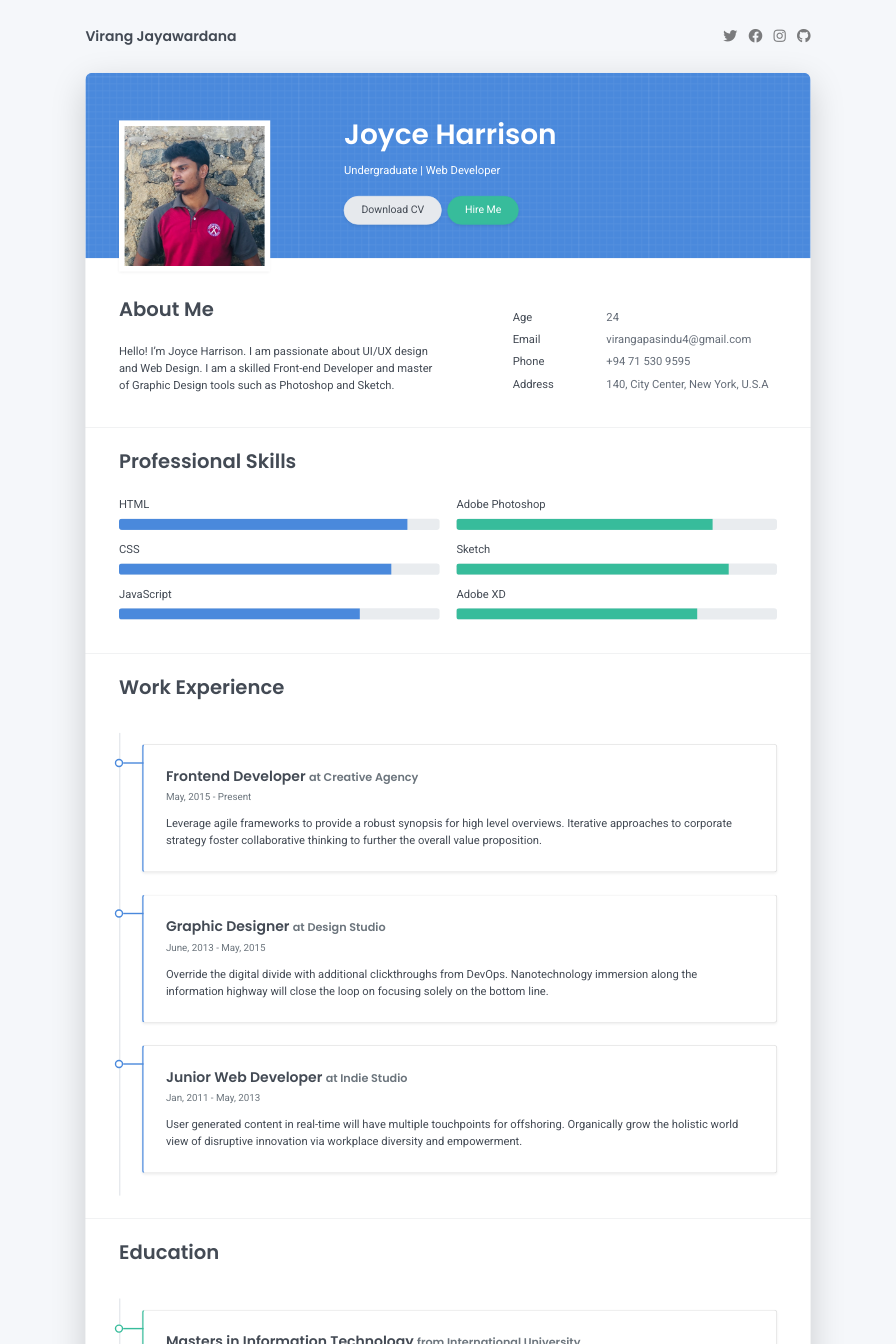
Repository: virangaj/resume
Page: index.html
An editor plug-in stored every save of this project. The page is shown before and after the next save, followed by the edit.
The browser window is 1280 px wide. The pictures show the part of the page from y = 0 to 1920 px (the page is 3310 px tall before and 3324 px after), at 70% of full size.

Above is the page before, as saved 2021-08-31 19:19:07.

### index.html
<!DOCTYPE html>
<html lang="en-US">
	<head>
		<meta charset="UTF-8" />
		<meta http-equiv="X-UA-Compatible" content="IE=edge" />
		<meta name="viewport" content="width=device-width, initial-scale=1" />
		<title>Virang Jayawardana</title>
		<link
			rel="preconnect"
			href="https://fonts.gstatic.com"
			crossorigin="crossorigin"
		/>
		<link
			rel="preload"
			as="style"
			href="https://fonts.googleapis.com/css2?family=Poppins:wght@600&amp;family=Roboto:wght@300;400;500;700&amp;display=swap"
		/>
		<link
			rel="stylesheet"
			href="https://fonts.googleapis.com/css2?family=Poppins:wght@600&amp;family=Roboto:wght@300;400;500;700&amp;display=swap"
			media="print"
			onload="this.media='all'"
		/>
		<noscript>
			<link
				rel="stylesheet"
				href="https://fonts.googleapis.com/css2?family=Poppins:wght@600&amp;family=Roboto:wght@300;400;500;700&amp;display=swap"
			/>
		</noscript>
		<link href="css/font-awesome/css/all.min.css?ver=1.2.0" rel="stylesheet" />
		<link href="css/bootstrap.min.css?ver=1.2.0" rel="stylesheet" />
		<link href="css/aos.css?ver=1.2.0" rel="stylesheet" />
		<link href="css/main.css?ver=1.2.0" rel="stylesheet" />
		<noscript>
			<style type="text/css">
				[data-aos] {
					opacity: 1 !important;
					transform: translate(0) scale(1) !important;
				}
			</style>
		</noscript>
	</head>
	<body id="top">
		<header class="d-print-none">
			<div class="container text-center text-lg-left">
				<div class="py-3 clearfix">
					<h1 class="site-title mb-0">Virang Jayawardana</h1>
					<div class="site-nav">
						<nav role="navigation">
							<ul class="nav justify-content-center">
								<li class="nav-item">
									<a
										class="nav-link"
										href="https://twitter.com/VirangaPasi"
										title="Twitter"
										><i class="fab fa-twitter"></i
										><span class="menu-title sr-only">Twitter</span></a
									>
								</li>
								<li class="nav-item">
									<a
										class="nav-link"
										href="https://www.facebook.com/virangapasindu.jayawardana/"
										title="Facebook"
										><i class="fab fa-facebook"></i
										><span class="menu-title sr-only">Facebook</span></a
									>
								</li>
								<li class="nav-item">
									<a
										class="nav-link"
										href="https://www.instagram.com/pasiya_k9/"
										title="Instagram"
										><i class="fab fa-instagram"></i
										><span class="menu-title sr-only">Instagram</span></a
									>
								</li>
								<li class="nav-item">
									<a
										class="nav-link"
										href="https://github.com/Viranga-pasi"
										title="Github"
										><i class="fab fa-github"></i
										><span class="menu-title sr-only">Github</span></a
									>
								</li>
							</ul>
						</nav>
					</div>
				</div>
			</div>
		</header>
		<div class="page-content">
			<div class="container">
				<div class="cover shadow-lg bg-white">
					<div class="cover-bg p-3 p-lg-4 text-white">
						<div class="row">
							<div class="col-lg-4 col-md-5">
								<div class="avatar hover-effect bg-white shadow-sm p-1">
									<img src="images/avatar.jpg" width="200" height="200" />
								</div>
							</div>
							<div class="col-lg-8 col-md-7 text-center text-md-start">
								<h2 class="h1 mt-2" data-aos="fade-left" data-aos-delay="0">
									Joyce Harrison
								</h2>
								<p data-aos="fade-left" data-aos-delay="100">
									Undergraduate | Web Developer
								</p>
								<div
									class="d-print-none"
									data-aos="fade-left"
									data-aos-delay="200"
								>
									<a
										class="btn btn-light text-dark shadow-sm mt-1 me-1"
										href="right-resume.pdf"
										target="_blank"
										>Download CV</a
									><a class="btn btn-success shadow-sm mt-1" href="#contact"
										>Hire Me</a
									>
								</div>
							</div>
						</div>
					</div>
					<div class="about-section pt-4 px-3 px-lg-4 mt-1">
						<div class="row">
							<div class="col-md-6">
								<h2 class="h3 mb-3">About Me</h2>
								<p>
									Hello! I’m Joyce Harrison. I am passionate about UI/UX design
									and Web Design. I am a skilled Front-end Developer and master
									of Graphic Design tools such as Photoshop and Sketch.
								</p>
							</div>
							<div class="col-md-5 offset-md-1">
								<div class="row mt-2">
									<div class="col-sm-4">
										<div class="pb-1">Age</div>
									</div>
									<div class="col-sm-8">
										<div class="pb-1 text-secondary">24</div>
									</div>
									<div class="col-sm-4">
										<div class="pb-1">Email</div>
									</div>
									<div class="col-sm-8">
										<div class="pb-1 text-secondary">
											virangapasindu4@gmail.com
										</div>
									</div>
									<div class="col-sm-4">
										<div class="pb-1">Phone</div>
									</div>
									<div class="col-sm-8">
										<div class="pb-1 text-secondary">+94 71 530 9595</div>
									</div>
									<div class="col-sm-4">
										<div class="pb-1">Address</div>
									</div>
									<div class="col-sm-8">
										<div class="pb-1 text-secondary">
											140, City Center, New York, U.S.A
										</div>
									</div>
								</div>
							</div>
						</div>
					</div>
					<hr class="d-print-none" />
					<div class="skills-section px-3 px-lg-4">
						<h2 class="h3 mb-3">Professional Skills</h2>
						<div class="row">
							<div class="col-md-6">
								<div class="mb-2">
									<span>HTML</span>
									<div class="progress my-1">
										<div
											class="progress-bar bg-primary"
											role="progressbar"
											data-aos="zoom-in-right"
											data-aos-delay="100"
											data-aos-anchor=".skills-section"
											style="width: 90%"
											aria-valuenow="90"
											aria-valuemin="0"
											aria-valuemax="100"
										></div>
									</div>
								</div>
								<div class="mb-2">
									<span>CSS</span>
									<div class="progress my-1">
										<div
											class="progress-bar bg-primary"
											role="progressbar"
											data-aos="zoom-in-right"
											data-aos-delay="200"
											data-aos-anchor=".skills-section"
											style="width: 85%"
											aria-valuenow="85"
											aria-valuemin="0"
											aria-valuemax="100"
										></div>
									</div>
								</div>
								<div class="mb-2">
									<span>JavaScript</span>
									<div class="progress my-1">
										<div
											class="progress-bar bg-primary"
											role="progressbar"
											data-aos="zoom-in-right"
											data-aos-delay="300"
											data-aos-anchor=".skills-section"
											style="width: 75%"
											aria-valuenow="75"
											aria-valuemin="0"
											aria-valuemax="100"
										></div>
									</div>
								</div>
							</div>
							<div class="col-md-6">
								<div class="mb-2">
									<span>Adobe Photoshop</span>
									<div class="progress my-1">
										<div
											class="progress-bar bg-success"
											role="progressbar"
											data-aos="zoom-in-right"
											data-aos-delay="400"
											data-aos-anchor=".skills-section"
											style="width: 80%"
											aria-valuenow="90"
											aria-valuemin="0"
											aria-valuemax="100"
										></div>
									</div>
								</div>
								<div class="mb-2">
									<span>Sketch</span>
									<div class="progress my-1">
										<div
											class="progress-bar bg-success"
											role="progressbar"
											data-aos="zoom-in-right"
											data-aos-delay="500"
											data-aos-anchor=".skills-section"
											style="width: 85%"
											aria-valuenow="85"
											aria-valuemin="0"
											aria-valuemax="100"
										></div>
									</div>
								</div>
								<div class="mb-2">
									<span>Adobe XD</span>
									<div class="progress my-1">
										<div
											class="progress-bar bg-success"
											role="progressbar"
											data-aos="zoom-in-right"
											data-aos-delay="600"
											data-aos-anchor=".skills-section"
											style="width: 75%"
											aria-valuenow="75"
											aria-valuemin="0"
											aria-valuemax="100"
										></div>
									</div>
								</div>
							</div>
						</div>
					</div>
					<hr class="d-print-none" />
					<div class="work-experience-section px-3 px-lg-4">
						<h2 class="h3 mb-4">Work Experience</h2>
						<div class="timeline">
							<div class="timeline-card timeline-card-primary card shadow-sm">
								<div class="card-body">
									<div class="h5 mb-1">
										Frontend Developer
										<span class="text-muted h6">at Creative Agency</span>
									</div>
									<div class="text-muted text-small mb-2">
										May, 2015 - Present
									</div>
									<div>
										Leverage agile frameworks to provide a robust synopsis for
										high level overviews. Iterative approaches to corporate
										strategy foster collaborative thinking to further the
										overall value proposition.
									</div>
								</div>
							</div>
							<div class="timeline-card timeline-card-primary card shadow-sm">
								<div class="card-body">
									<div class="h5 mb-1">
										Graphic Designer
										<span class="text-muted h6">at Design Studio</span>
									</div>
									<div class="text-muted text-small mb-2">
										June, 2013 - May, 2015
									</div>
									<div>
										Override the digital divide with additional clickthroughs
										from DevOps. Nanotechnology immersion along the information
										highway will close the loop on focusing solely on the bottom
										line.
									</div>
								</div>
							</div>
							<div class="timeline-card timeline-card-primary card shadow-sm">
								<div class="card-body">
									<div class="h5 mb-1">
										Junior Web Developer
										<span class="text-muted h6">at Indie Studio</span>
									</div>
									<div class="text-muted text-small mb-2">
										Jan, 2011 - May, 2013
									</div>
									<div>
										User generated content in real-time will have multiple
										touchpoints for offshoring. Organically grow the holistic
										world view of disruptive innovation via workplace diversity
										and empowerment.
									</div>
								</div>
							</div>
						</div>
					</div>
					<hr class="d-print-none" />
					<div class="page-break"></div>
					<div class="education-section px-3 px-lg-4 pb-4">
						<h2 class="h3 mb-4">Education</h2>
						<div class="timeline">
							<div class="timeline-card timeline-card-success card shadow-sm">
								<div class="card-body">
									<div class="h5 mb-1">
										Masters in Information Technology
										<span class="text-muted h6"
											>from International University</span
										>
									</div>
									<div class="text-muted text-small mb-2">2011 - 2013</div>
									<div>
										Leverage agile frameworks to provide a robust synopsis for
										high level overviews. Iterative approaches to corporate
										strategy foster collaborative thinking to further the
										overall value proposition.
									</div>
								</div>
							</div>
							<div class="timeline-card timeline-card-success card shadow-sm">
								<div class="card-body">
									<div class="h5 mb-1">
										Bachelor of Computer Science
										<span class="text-muted h6">from Regional College</span>
									</div>
									<div class="text-muted text-small mb-2">2007 - 2011</div>
									<div>
										Override the digital divide with additional clickthroughs
										from DevOps. Nanotechnology immersion along the information
										highway will close the loop on focusing solely on the bottom
										line.
									</div>
								</div>
							</div>
							<div class="timeline-card timeline-card-success card shadow-sm">
								<div class="card-body">
									<div class="h5 mb-1">
										Science and Mathematics
										<span class="text-muted h6">from Mt. High Scool</span>
									</div>
									<div class="text-muted text-small mb-2">1995 - 2007</div>
									<div>
										User generated content in real-time will have multiple
										touchpoints for offshoring. Organically grow the holistic
										world view of disruptive innovation via workplace diversity
										and empowerment.
									</div>
								</div>
							</div>
						</div>
					</div>
					<hr class="d-print-none" />
					<div class="contant-section px-3 px-lg-4 pb-4" id="contact">
						<h2 class="h3 text mb-3">Contact</h2>
						<div class="row">
							<div class="col-md-7 d-print-none">
								<div class="my-2">
									<form
										action="https://formspree.io/your@email.com"
										method="POST"
									>
										<div class="row">
											<div class="col-6">
												<input
													class="form-control"
													type="text"
													id="name"
													name="name"
													placeholder="Your Name"
													required
												/>
											</div>
											<div class="col-6">
												<input
													class="form-control"
													type="email"
													id="email"
													name="_replyto"
													placeholder="Your E-mail"
													required
												/>
											</div>
										</div>
										<div class="form-group my-2">
											<textarea
												class="form-control"
												style="resize: none"
												id="message"
												name="message"
												rows="4"
												placeholder="Your Message"
												required
											></textarea>
										</div>
										<button class="btn btn-primary mt-2" type="submit">
											Send
										</button>
									</form>
								</div>
							</div>
							<div class="col">
								<div class="mt-2">
									<h3 class="h6">Address</h3>
									<div class="pb-2 text-secondary">
										140, City Center, New York, U.S.A
									</div>
									<h3 class="h6">Phone</h3>
									<div class="pb-2 text-secondary">+0718-111-0011</div>
									<h3 class="h6">Email</h3>
									<div class="pb-2 text-secondary">Joyce@company.com</div>
								</div>
							</div>
							<div class="col d-none d-print-block">
								<div class="mt-2">
									<div>
										<div class="mb-2">
											<div class="text-dark">
												<i class="fab fa-twitter mr-1"></i
												><span>https://twitter.com/templateflip</span>
											</div>
										</div>
										<div class="mb-2">
											<div class="text-dark">
												<i class="fab fa-facebook mr-1"></i
												><span>https://www.facebook.com/templateflip</span>
											</div>
										</div>
										<div class="mb-2">
											<div class="text-dark">
												<i class="fab fa-instagram mr-1"></i
												><span>https://www.instagram.com/templateflip</span>
											</div>
										</div>
										<div class="mb-2">
											<div class="text-dark">
												<i class="fab fa-github mr-1"></i
												><span>https://github.com/templateflip</span>
											</div>
										</div>
									</div>
								</div>
							</div>
						</div>
					</div>
				</div>
			</div>
		</div>
		<footer class="pt-4 pb-4 text-muted text-center d-print-none">
			<div class="container">
				<div class="my-3">
					<div class="h4">Joyce Harrison</div>
					<div class="footer-nav">
						<nav role="navigation">
							<ul class="nav justify-content-center">
								<li class="nav-item">
									<a
										class="nav-link"
										href="https://twitter.com/templateflip"
										title="Twitter"
										><i class="fab fa-twitter"></i
										><span class="menu-title sr-only">Twitter</span></a
									>
								</li>
								<li class="nav-item">
									<a
										class="nav-link"
										href="https://www.facebook.com/templateflip"
										title="Facebook"
										><i class="fab fa-facebook"></i
										><span class="menu-title sr-only">Facebook</span></a
									>
								</li>
								<li class="nav-item">
									<a
										class="nav-link"
										href="https://www.instagram.com/templateflip"
										title="Instagram"
										><i class="fab fa-instagram"></i
										><span class="menu-title sr-only">Instagram</span></a
									>
								</li>
								<li class="nav-item">
									<a
										class="nav-link"
										href="https://github.com/templateflip"
										title="Github"
										><i class="fab fa-github"></i
										><span class="menu-title sr-only">Github</span></a
									>
								</li>
							</ul>
						</nav>
					</div>
				</div>
				<div class="text-small">
					<div class="mb-1">&copy; Right Resume. All rights reserved.</div>
					<div>
						Design -
						<a href="https://templateflip.com/" target="_blank">TemplateFlip</a>
					</div>
				</div>
			</div>
		</footer>
		<script src="scripts/bootstrap.bundle.min.js?ver=1.2.0"></script>
		<script src="scripts/aos.js?ver=1.2.0"></script>
		<script src="scripts/main.js?ver=1.2.0"></script>
	</body>
</html>

### css/main.css
/* Buttons */
/* Inputs */
/* Timeline custom component */
.timeline {
	border-left: 2px solid #e6e9ed;
	padding: 1rem 0;
}

.timeline-card {
	position: relative;
	margin-left: 31px;
	border-left: 2px solid;
	margin-bottom: 2rem;
}

.timeline-card:last-child {
	margin-bottom: 1rem;
}

.timeline-card:before {
	content: '';
	display: inline-block;
	position: absolute;
	background-color: #fff;
	border-radius: 10px;
	width: 12px;
	height: 12px;
	top: 20px;
	left: -41px;
	border: 2px solid;
	z-index: 2;
}

.timeline-card:after {
	content: '';
	display: inline-block;
	position: absolute;
	background-color: currentColor;
	width: 29px;
	height: 2px;
	top: 25px;
	left: -29px;
	z-index: 1;
}

.timeline-card-primary {
	border-left-color: #4a89dc;
}

.timeline-card-primary:before {
	border-color: #4a89dc;
}

.timeline-card-primary:after {
	background-color: #4a89dc;
}

.timeline-card-success {
	border-left-color: #37bc9b;
}

.timeline-card-success:before {
	border-color: #37bc9b;
}

.timeline-card-success:after {
	background-color: #37bc9b;
}

html {
	scroll-behavior: smooth;
}

.site-title {
	font-size: 1.25rem;
	line-height: 2.5rem;
}

.nav-link {
	padding: 0;
	font-size: 1.25rem;
	line-height: 2.5rem;
	color: rgba(0, 0, 0, 0.5);
}

.nav-link:hover,
.nav-link:focus,
.active .nav-link {
	color: rgba(0, 0, 0, 0.8);
}

.nav-item + .nav-item {
	margin-left: 1rem;
}

.cover {
	border-radius: 10px;
}

.cover-bg {
	background-color: #4a89dc;
	background-image: url("data:[embedded picture, 1696 characters]");
	border-radius: 10px 10px 0 0;
}

.avatar {
	max-width: 216px;
	max-height: 216px;
	margin-top: 20px;
	text-align: center;
	margin-left: auto;
	margin-right: auto;
}

.avatar img {
	/* Safari 6.0 - 9.0 */
	/* filter: grayscale(100%); */
}

footer a:not(.nav-link) {
	color: inherit;
	border-bottom: 1px dashed;
	text-decoration: none;
	cursor: pointer;
}

@media (min-width: 48em) {
	.site-title {
		float: left;
	}
	.site-nav {
		float: right;
	}
	.avatar {
		margin-bottom: -80px;
		margin-left: 0;
	}
}

@media print {
	body {
		background-color: #fff;
	}
	.container {
		width: auto;
		max-width: 100%;
		padding: 0;
	}
	.cover,
	.cover-bg {
		border-radius: 0;
	}
	.cover.shadow-lg {
		box-shadow: none !important;
	}
	.cover-bg {
		padding: 5rem !important;
		padding-bottom: 10px !important;
	}
	.avatar {
		margin-top: -10px;
	}
	.about-section {
		padding: 6.5rem 5rem 2rem !important;
	}
	.skills-section,
	.work-experience-section,
	.education-section,
	.contant-section {
		padding: 1.5rem 5rem 2rem !important;
	}
	.page-break {
		padding-top: 5rem;
		page-break-before: always;
	}
}

Loaded but not shown: css/font-awesome/css/all.min.css (library); css/bootstrap.min.css (library); css/aos.css (library); scripts/bootstrap.bundle.min.js (library); scripts/aos.js (library); scripts/main.js (common file)

After the next save:
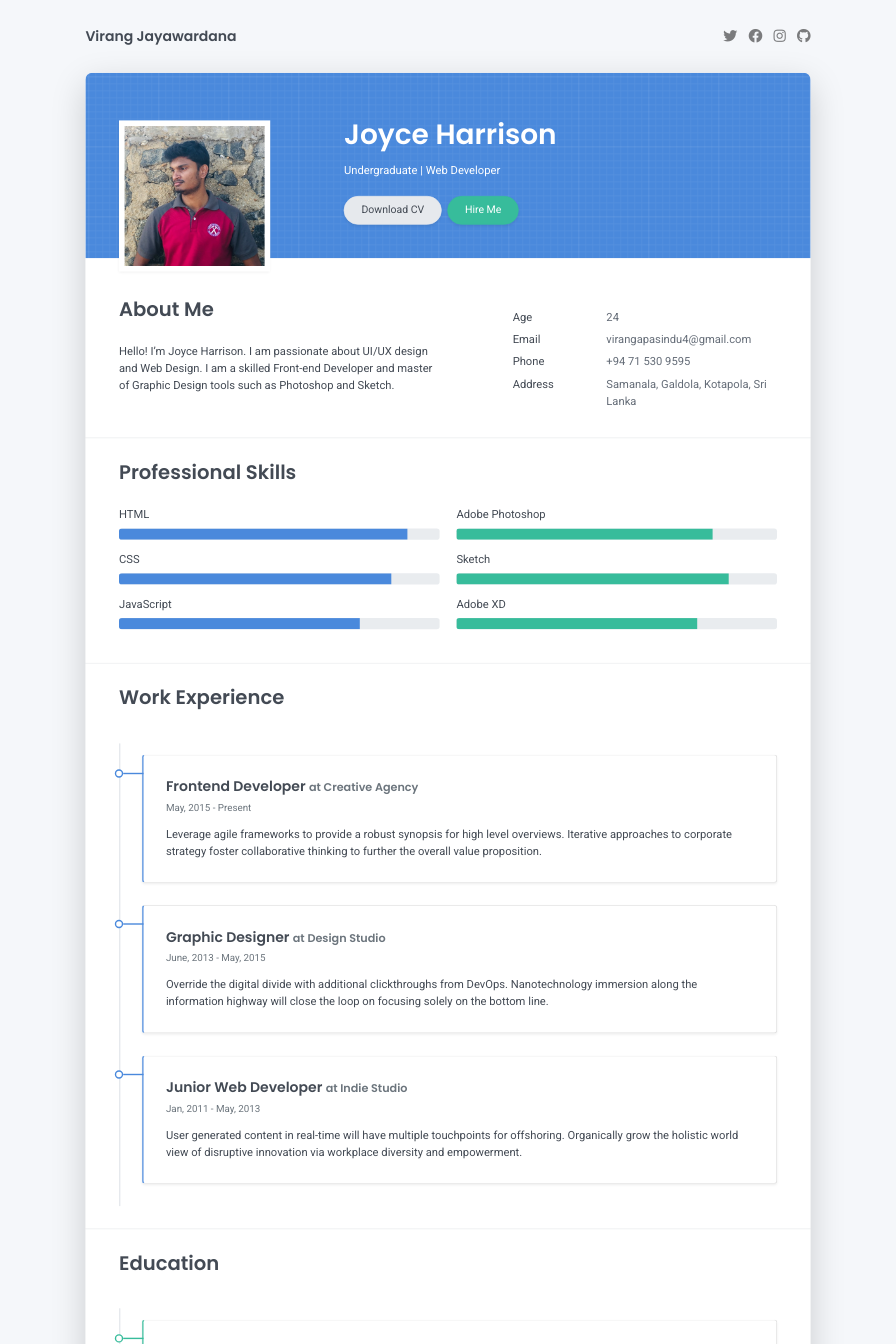
Saved 20 s later.
--- a/index.html
+++ b/index.html
@@ -161,7 +161,7 @@
 									</div>
 									<div class="col-sm-8">
 										<div class="pb-1 text-secondary">
-											140, City Center, New York, U.S.A
+											Samanala, Galdola, Kotapola, Sri Lanka
 										</div>
 									</div>
 								</div>
